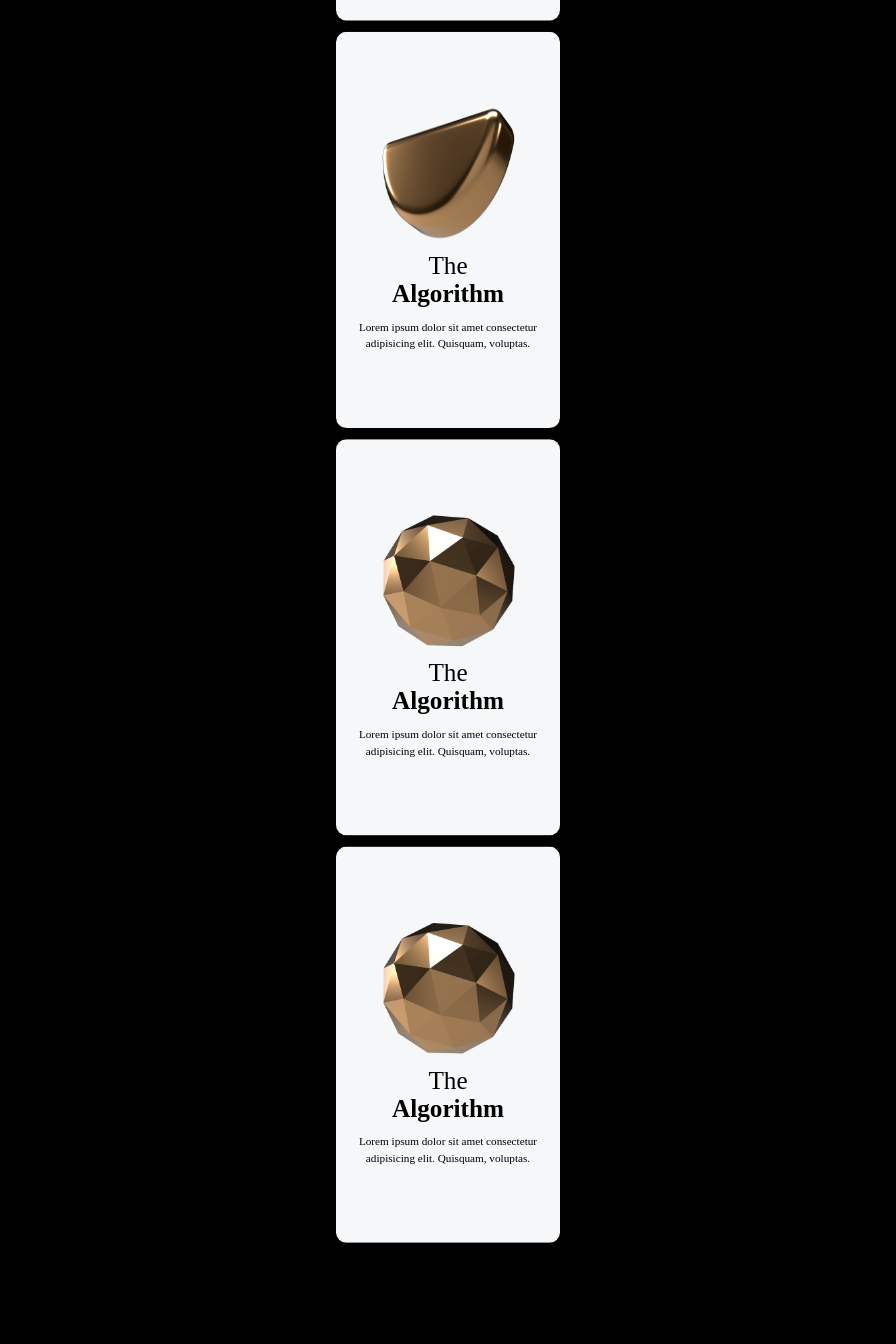
Repository: Himani0002/Scroll-Trigger
Page: index.html
An editor plug-in stored every save of this project. The page is shown before and after a run of saves, followed by the edit.
The browser window is 1280 px wide. The pictures show the part of the page from y = 1808 to 3728 px (the page is 3728 px tall), at 70% of full size.
Some web fonts or font styles are not loaded; a fallback is used. Some web libraries are served in a nearby version.

Above is the page before, as saved 2024-11-15 21:43:24.

### index.html
<!DOCTYPE html>
<html lang="en">

<head>
  <meta charset="UTF-8">
  <meta name="viewport" content="width=device-width, initial-scale=1.0">
  <script src="https://cdn.tailwindcss.com"></script>
  <title>Document</title>
  <style>
    @import url('https://fonts.googleapis.com/css2?family=Edu+AU+VIC+WA+NT+Pre:wght@400..700&family=Lato:ital,wght@0,100;0,300;0,400;0,700;0,900;1,100;1,300;1,400;1,700;1,900&family=Montserrat:ital,wght@0,100..900;1,100..900&family=Roboto+Slab:wght@100..900&display=swap');

    * {
      padding: 0;
      font-family: "Edu AU VIC WA NT Pre", cursive;
      margin: 0;
      box-sizing: border-box;
    }

    html,
    body {
      height: 100%;
      width: 100%;
      background-color: black;
    }
  </style>
</head>
<main class="w-full  text-center flex flex-col gap-4 items-center pt-[15vh]">
  <div
    class="card1 flex sticky top-[15vh] flex-col w-[25svw] rounded-[15px] py-[15vh] px-[20px] gap-4 items-center bg-[#F5F7F8]">
    <img src="./image/1.png" class="w-[190px] aspect-square" alt="">
    <h1 class="text-4xl font-thin">
      The<br>
      <span class="font-bold">Algorithm</span>
    </h1>
    <p>
      Lorem ipsum dolor sit amet consectetur adipisicing elit. Quisquam, voluptas.
    </p>
  </div>
  <div
    class="card2 sticky top-[15vh] flex flex-col w-[25svw] rounded-[15px] py-[15vh] px-[20px] gap-4 items-center bg-[#F5F7F8]">
    <img src="./image/2.png" class="w-[190px] aspect-square" alt="">
    <h1 class="text-4xl font-thin">
      The<br>
      <span class="font-bold">Algorithm</span>
    </h1>
    <p>
      Lorem ipsum dolor sit amet consectetur adipisicing elit. Quisquam, voluptas.
    </p>
  </div>
  <div
    class="card3 sticky top-[15vh] flex flex-col w-[25svw] rounded-[15px] py-[15vh] px-[20px] gap-4 items-center bg-[#F5F7F8]">
    <img src="./image/3.png" class="w-[190px] aspect-square" alt="">
    <h1 class="text-4xl font-thin">
      The<br>
      <span class="font-bold">Algorithm</span>
    </h1>
    <p>
      Lorem ipsum dolor sit amet consectetur adipisicing elit. Quisquam, voluptas.
    </p>
  </div>
  <div
    class="card4 sticky top-[15vh] flex flex-col w-[25svw] rounded-[15px] py-[15vh] px-[20px] gap-4 items-center bg-[#F5F7F8]">
    <img src="./image/4.png" class="w-[190px] aspect-square" alt="">
    <h1 class="text-4xl font-thin">
      The<br>
      <span class="font-bold">Algorithm</span>
    </h1>
    <p>
      Lorem ipsum dolor sit amet consectetur adipisicing elit. Quisquam, voluptas.
    </p>
  </div>
  <div
    class="card5 sticky top-[15vh] flex flex-col w-[25svw] rounded-[15px] py-[15vh] px-[20px] gap-4 items-center bg-[#F5F7F8]">
    <img src="./image/5.png" class="w-[190px] aspect-square" alt="">
    <h1 class="text-4xl font-thin">
      The<br>
      <span class="font-bold">Algorithm</span>
    </h1>
    <p>
      Lorem ipsum dolor sit amet consectetur adipisicing elit. Quisquam, voluptas.
    </p>
  </div>
  <div
    class="card5 sticky top-[15vh] flex flex-col w-[25svw] rounded-[15px] py-[15vh] px-[20px] gap-4 items-center bg-[#F5F7F8]">
    <img src="./image/5.png" class="w-[190px] aspect-square" alt="">
    <h1 class="text-4xl font-thin">
      The<br>
      <span class="font-bold">Algorithm</span>
    </h1>
    <p>
      Lorem ipsum dolor sit amet consectetur adipisicing elit. Quisquam, voluptas.
    </p>
  </div>

</main>

<body>

</body>

</html>

After the next 2 saves:
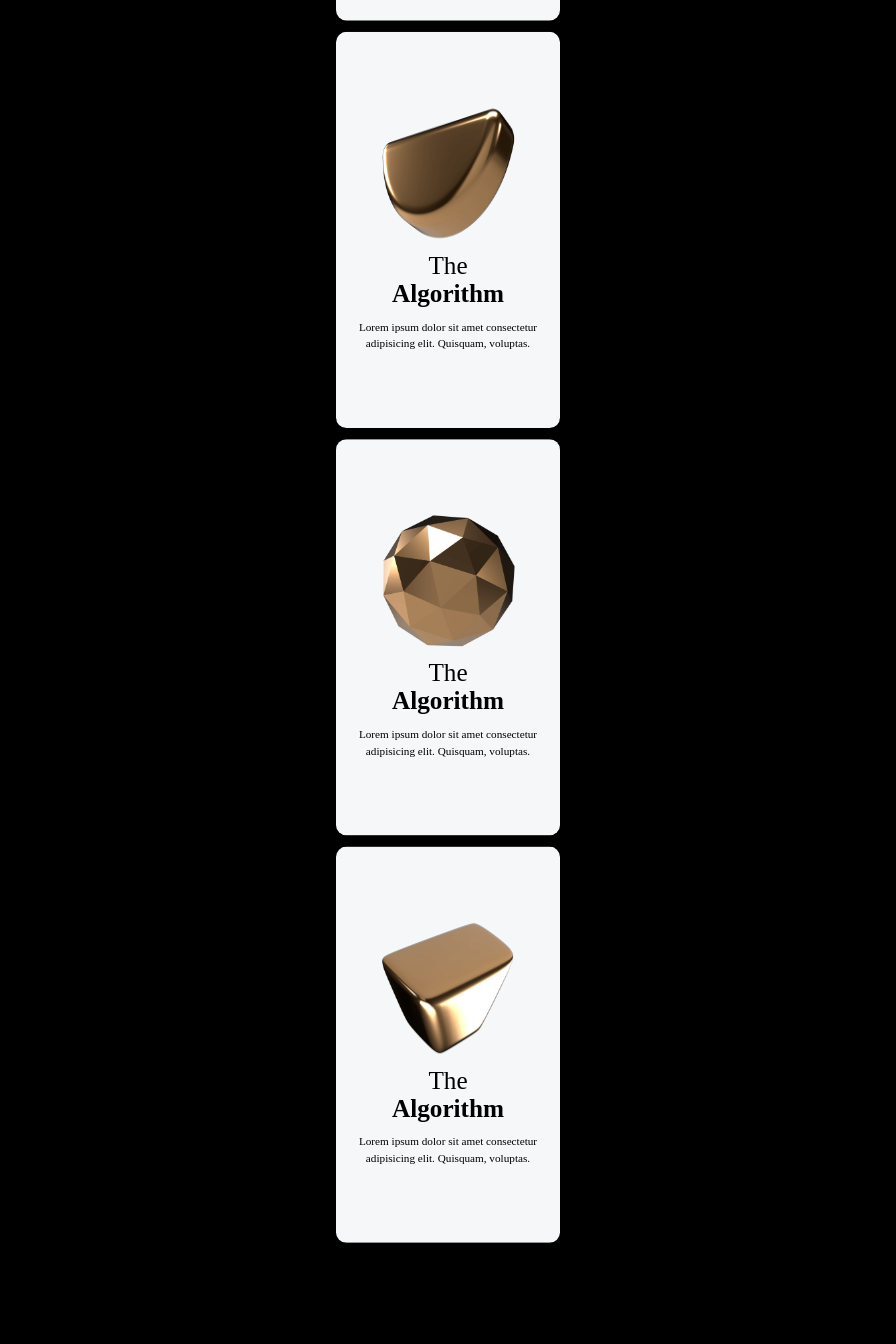
The 2 saves are shown as one change because they came seconds apart.
The last was saved 7 s later.
--- a/index.html
+++ b/index.html
@@ -81,8 +81,8 @@
     </p>
   </div>
   <div
-    class="card5 sticky top-[15vh] flex flex-col w-[25svw] rounded-[15px] py-[15vh] px-[20px] gap-4 items-center bg-[#F5F7F8]">
-    <img src="./image/5.png" class="w-[190px] aspect-square" alt="">
+    class="card6 sticky top-[15vh] flex flex-col w-[25svw] rounded-[15px] py-[15vh] px-[20px] gap-4 items-center bg-[#F5F7F8]">
+    <img src="./image/6.png" class="w-[190px] aspect-square" alt="">
     <h1 class="text-4xl font-thin">
       The<br>
       <span class="font-bold">Algorithm</span>
